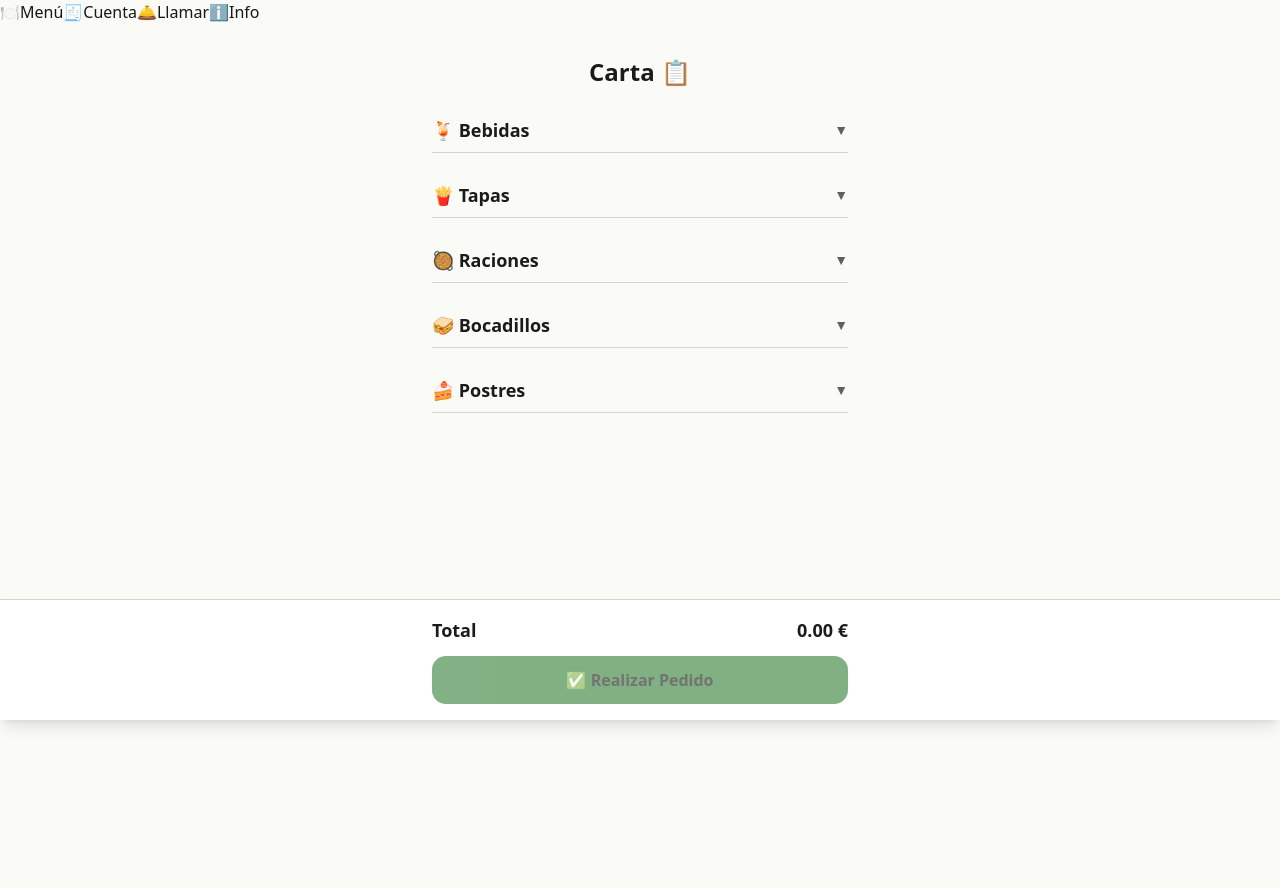
Repository: jrcardenas/sirvaapp
Page: /mesa/1/menu
These files come from the project's save history. The page is drawn as it stood at one moment and after the next save; the edit follows.
The browser window is 1280 px wide. The pictures show the whole page.
The project was rebuilt for these pictures with package versions that can differ from the ones it lists, and the page was loaded fresh each time. The framework's server and built-in components were replaced by stand-ins that run in the browser. Also part of the build but not shown: next.config.ts.

Above is the page before, as saved 2025-11-02 20:13:29.

### app/layout.tsx
import type { Metadata } from "next";
import "./globals.css";
import "./styles/theme.css";
import Header from "@/components/layout/Header";

export const metadata: Metadata = {
  title: "SirvaApp",
  description: "Pide desde tu mesa. Sirve más rápido.",
};

export default function RootLayout({ children }: { children: React.ReactNode }) {
  return (
    <html lang="es">
      <body className="bg-[var(--color-background)] text-[var(--color-text-dark)]">
        {/* ✅ Navegación principal arriba */}
        <Header />

        {/* ✅ Espacio suficiente para footer del pedido */}
        <main className="pt-4 pb-32 max-w-md mx-auto">
          {children}
        </main>
      </body>
    </html>
  );
}

### app/mesa/[id]/menu/page.tsx
"use client";

import { useState } from "react";
import Button from "@/components/ui/Button";
import { useCartStore } from "@/store/cartStore";
import { useOrderStore } from "@/store/orderStore";
import { useParams } from "next/navigation";

export default function MenuPage() {
  const { addItem, changeQty, items, removeItem, clearCart } = useCartStore();
  const { addToMesa } = useOrderStore();
  const { id: mesaId } = useParams() as { id: string };

  const [openCategories, setOpenCategories] = useState<string[]>([]);
  const [showConfirm, setShowConfirm] = useState(false);
  const [showToast, setShowToast] = useState(false);

  const iconosCat: Record<string, string> = {
    Bebidas: "🍹",
    Tapas: "🍟",
    Raciones: "🥘",
    Bocadillos: "🥪",
    Postres: "🍰",
  };

  const productos = [
    { id: "1", categoria: "Bebidas", nombre: "Cerveza", precio: 2.0 },
    { id: "2", categoria: "Bebidas", nombre: "Coca-Cola", precio: 2.2 },
    { id: "3", categoria: "Bebidas", nombre: "Agua", precio: 1.5 },
    { id: "4", categoria: "Bebidas", nombre: "Tinto de Verano", precio: 2.8 },
    { id: "5", categoria: "Bebidas", nombre: "Café con Leche", precio: 1.5 },
    { id: "6", categoria: "Tapas", nombre: "Patatas Bravas", precio: 4.0 },
    { id: "7", categoria: "Tapas", nombre: "Croquetas", precio: 4.5 },
    { id: "8", categoria: "Tapas", nombre: "Tortilla Española", precio: 3.5 },
    { id: "9", categoria: "Tapas", nombre: "Calamares", precio: 5.5 },
    { id: "10", categoria: "Raciones", nombre: "Jamón Ibérico", precio: 9.5 },
    { id: "11", categoria: "Raciones", nombre: "Gambas al Ajillo", precio: 10.5 },
    { id: "12", categoria: "Raciones", nombre: "Huevos Rotos", precio: 8.5 },
    { id: "19", categoria: "Raciones", nombre: "Pulpo a la Gallega", precio: 14.0 },
    { id: "20", categoria: "Raciones", nombre: "Chistorra", precio: 7.0 },
    { id: "21", categoria: "Raciones", nombre: "Ensaladilla Rusa", precio: 6.5 },
    { id: "13", categoria: "Bocadillos", nombre: "Bocadillo de Lomo", precio: 4.5 },
    { id: "14", categoria: "Bocadillos", nombre: "Bocadillo Vegetal", precio: 4.2 },
    { id: "15", categoria: "Bocadillos", nombre: "Perrito Caliente", precio: 4.0 },
    { id: "16", categoria: "Postres", nombre: "Tarta de Queso", precio: 4.8 },
    { id: "17", categoria: "Postres", nombre: "Helado 2 bolas", precio: 3.2 },
    { id: "18", categoria: "Postres", nombre: "Flan Casero", precio: 3.5 },
  ];

  const categorias = [...new Set(productos.map((p) => p.categoria))];

  const toggleCategory = (cat: string) => {
    setOpenCategories((prev) =>
      prev.includes(cat) ? prev.filter((c) => c !== cat) : [...prev, cat]
    );
  };

  const getQty = (id: string) =>
    items.reduce((acc, p) => (p.id === id ? acc + p.qty : acc), 0);

  const total = items.reduce((acc, p) => acc + p.price * p.qty, 0);

  const handleConfirmOrder = () => {
    if (!mesaId || items.length === 0) return;

    addToMesa(mesaId, items);
    clearCart();
    setShowConfirm(false);
    setShowToast(true);
    setTimeout(() => setShowToast(false), 2500);
  };

  return (
    <>
      <main className="min-h-screen bg-[var(--color-background)] p-4 pb-32 max-w-md mx-auto">
        <h1 className="text-2xl font-bold text-center mb-5 text-[var(--color-text-dark)]">
          Carta 📋
        </h1>

        {categorias.map((cat) => (
          <div key={cat} className="mb-5">
            <button
              className="w-full flex justify-between items-center text-lg font-semibold py-2 text-[var(--color-text-dark)]"
              onClick={() => toggleCategory(cat)}
            >
              <span className="flex items-center gap-2">
                {iconosCat[cat]} {cat}
              </span>
              <span className="text-[var(--color-text-muted)] text-sm">
                {openCategories.includes(cat) ? "▲" : "▼"}
              </span>
            </button>

            <div className="border-t border-[var(--color-border)] mb-2"></div>

            {openCategories.includes(cat) &&
              productos
                .filter((p) => p.categoria === cat)
                .map((item) => {
                  const qty = getQty(item.id);
                  return (
                    <div
                      key={item.id}
                      className="flex justify-between"
                    >
                      <div>
                        <p className="font-medium text-[var(--color-text-dark)]">{item.nombre}</p>
                        <p className="text-[var(--color-text-muted)] text-sm">{item.precio.toFixed(2)} €</p>
                      </div>

                      <div className="flex items-center gap-2">
                        <button
                          disabled={qty === 0}
                          onClick={() =>
                            qty <= 1 ? removeItem(item.id) : changeQty(item.id, qty - 1)
                          }
                          className={`w-7 h-7 rounded-full border text-sm font-bold ${
                            qty === 0
                              ? "border-[var(--color-border)] text-[var(--color-text-disabled)]"
                              : "border-[var(--color-minus-icon)] text-[var(--color-minus-icon)]"
                          }`}
                        >-</button>

                        <span className={`w-6 text-center font-semibold ${
                          qty === 0 ? "text-[var(--color-text-disabled)]" : "text-[var(--color-text-dark)]"
                        }`}>
                          {qty}
                        </span>

                        <button
                          className="w-7 h-7 rounded-full bg-[var(--color-plus-button)] text-white text-sm font-bold"
                          onClick={() =>
                            addItem({
                              id: item.id,
                              name: item.nombre,
                              price: item.precio,
                              qty: 1,
                            })
                          }
                        >+</button>
                      </div>
                    </div>
                  );
                })}
          </div>
        ))}

        {/* Footer */}
        <div className="fixed bottom-0 left-0 w-full bg-[var(--color-surface)] border-t border-[var(--color-border)] shadow-lg">
          <div className="max-w-md mx-auto p-4">
            <div className="flex justify-between mb-3 font-bold text-lg text-[var(--color-text-dark)]">
              <span>Total</span>
              <span>{total.toFixed(2)} €</span>
            </div>

            <Button
              fullWidth
              disabled={total === 0}
              className={`${total === 0 ? "opacity-50 cursor-not-allowed" : ""}`}
              onClick={() => setShowConfirm(true)}
            >
              ✅ Realizar Pedido
            </Button>
          </div>
        </div>
      </main>

      {/* ✅ Modal de Confirmación */}
      {showConfirm && (
        <div className="fixed inset-0 bg-black bg-opacity-40 flex items-center justify-center z-50">
          <div className="bg-white rounded-2xl p-6 w-80 shadow-xl">
            <h3 className="text-lg font-bold text-center mb-3 text-[var(--color-text-dark)]">
              Confirmar Pedido
            </h3>

            <div className="space-y-2 mb-4 text-[var(--color-text-dark)]">
              {items.map((i, idx) => (
                <div key={idx} className="flex justify-between text-sm">
                  <span>
                    {i.qty} x {i.name}
                  </span>
                  <span>{(i.price * i.qty).toFixed(2)} €</span>
                </div>
              ))}
            </div>

            <p className="text-center font-bold mb-4">
              Total: {total.toFixed(2)} €
            </p>

            <div className="flex gap-2">
              <button
                className="w-1/2 py-2 rounded-lg bg-gray-300 font-semibold"
                onClick={() => setShowConfirm(false)}
              >
                ❌ Cancelar
              </button>
              <button
                className="w-1/2 py-2 rounded-lg bg-[var(--color-primary)] text-white font-semibold"
                onClick={handleConfirmOrder}
              >
                ✅ Confirmar
              </button>
            </div>
          </div>
        </div>
      )}

      {/* ✅ Toast */}
      {showToast && (
        <div className="fixed bottom-24 left-1/2 -translate-x-1/2 bg-[var(--color-primary)] text-white px-4 py-2 rounded-full shadow-lg animate-fade-in">
          🍽️ Pedido enviado
        </div>
      )}
    </>
  );
}

### app/globals.css
@import "tailwindcss";

/* Colores base del navegador */
:root {
  --background: #ffffff;
  --foreground: #171717;
}

/* ✅ Variables sincronizadas con el tema */
@theme inline {
  --color-background: var(--background);
  --color-foreground: var(--foreground);
  --font-sans: var(--font-geist-sans);
  --font-mono: var(--font-geist-mono);
}

@media (prefers-color-scheme: dark) {
  :root {
    --background: #0a0a0a;
    --foreground: #ededed;
  }
}

/* ✅ Mantener reset y tipografía */
body {
  background: var(--color-background);
  color: var(--color-foreground);
}

/* ✅ Animaciones para el popup */

@keyframes fadeIn {
  from { opacity: 0; }
  to { opacity: 1; }
}

@keyframes slideUp {
  from {
    opacity: 0;
    transform: translateY(20px);
  }
  to {
    opacity: 1;
    transform: translateY(0);
  }
}

.animate-modal {
  animation:
    fadeIn 0.25s ease-out forwards,
    slideUp 0.25s ease-out forwards;
}

.animate-fade-in {
  animation: fadeIn 0.25s ease-out;
}

### app/styles/theme.css
:root {
  /* Brand & Accent */
  --color-primary: #2E7D32; /* Verde principal: moderno, fresco */
  --color-primary-light: #4CAF50; /* Verde más vivo */
  --color-accent: #81C784; /* Verde suave para hover */

  /* Backgrounds */
  --color-background: #FAFAF7; /* Crema suave */
  --color-surface: #FFFFFF; /* Tarjetas y secciones */
  --color-surface-alt: #F3F3EF;

  /* Borders */
  --color-border: #D4D4D4;

  /* Text */
  --color-text-dark: #1B1B1B;
  --color-text-muted: #606060;
  --color-text-disabled: #AFAFAF;

  /* Buttons */
  --color-plus-button: var(--color-primary);
  --color-minus-button: #E0E0E0;
  --color-minus-icon: #555;

  /* States */
  --color-disabled-bg: #E6E6E6;
  --color-disabled-text: #A8A8A8;

  /* Tokens */
  --radius: 14px;
  --button-height: 48px;
}

### app/components/layout/Header.tsx
"use client";

import Link from "next/link";
import { usePathname, useParams } from "next/navigation";

export default function Header() {
  const pathname = usePathname();
  const params = useParams();
  const mesaId = params?.id;

  const navItems = [
    { href: mesaId ? `/mesa/${mesaId}/menu` : "/", label: "Menú", icon: "🍽️" },
    { href: mesaId ? `/mesa/${mesaId}/cuenta` : "/", label: "Cuenta", icon: "🧾" },
    { href: mesaId ? `/mesa/${mesaId}/llamar` : "/", label: "Llamar", icon: "🛎️" },
    { href: mesaId ? `/mesa/${mesaId}/info` : "/", label: "Info", icon: "ℹ️" },
  ];

  return (
    <header className="nav-menu">
      <nav className="nav-menu-inner">
        {navItems.map((item) => {
          const active = pathname === item.href;
          return (
            <Link key={item.href} href={item.href} className={`nav-item ${active ? "active" : ""}`}>
              <span className="nav-icon">{item.icon}</span>
              <span className="nav-label">{item.label}</span>
            </Link>
          );
        })}
      </nav>
    </header>
  );
}

### app/components/ui/Button.tsx
"use client";

import React from "react";
import Link from "next/link";

type Variant = "primary" | "secondary" | "outline" | "ghost";
type Size = "sm" | "md" | "lg";

type ButtonProps = {
  variant?: Variant;
  size?: Size;
  loading?: boolean;
  fullWidth?: boolean;
  as?: "button" | "link";
  href?: string;
  className?: string;
  children: React.ReactNode;
} & React.ButtonHTMLAttributes<HTMLButtonElement>;

function classes({ variant, size, fullWidth }: { variant: Variant; size: Size; fullWidth?: boolean }) {
  const base =
    "inline-flex items-center justify-center font-semibold transition focus:outline-none focus-visible:ring-2 focus-visible:ring-offset-2";
  const radius = "rounded-[var(--radius)]";
  const width = fullWidth ? "w-full" : "";
  const sizes: Record<Size, string> = {
    sm: "text-sm h-10 px-4",
    md: "text-base h-[var(--button-height)] px-5", // 48px por theme
    lg: "text-base h-14 px-6",
  };
  const variants: Record<Variant, string> = {
    primary:
      "bg-[var(--color-primary)] text-[var(--color-text-light)] hover:opacity-90 focus-visible:ring-[var(--color-primary)]",
    secondary:
      "bg-[var(--color-secondary)] text-[var(--color-text-light)] hover:opacity-90 focus-visible:ring-[var(--color-secondary)]",
    outline:
      "bg-transparent text-[var(--color-text-dark)] border border-[color:var(--color-secondary)]/20 hover:bg-[var(--color-surface)] focus-visible:ring-[var(--color-primary)]",
    ghost:
      "bg-transparent text-[var(--color-text-dark)] hover:bg-[var(--color-surface)] focus-visible:ring-[var(--color-primary)]",
  };

  return [base, radius, width, sizes[size], variants[variant]].join(" ");
}

export default function Button({
  variant = "primary",
  size = "md",
  loading = false,
  fullWidth,
  as = "button",
  href,
  className = "",
  children,
  disabled,
  ...rest
}: ButtonProps) {
  const cls =
    classes({ variant, size, fullWidth }) +
    " " +
    (disabled || loading ? "opacity-60 pointer-events-none" : "") +
    " " +
    className;

  const content = (
    <>
      {loading && (
        <svg
          className="mr-2 animate-spin"
          width="16"
          height="16"
          viewBox="0 0 24 24"
          aria-hidden="true"
        >
          <circle cx="12" cy="12" r="10" stroke="currentColor" strokeWidth="4" fill="none" opacity="0.25" />
          <path d="M22 12a10 10 0 0 1-10 10" fill="none" stroke="currentColor" strokeWidth="4" />
        </svg>
      )}
      {children}
    </>
  );

  if (as === "link" && href) {
    return (
      <Link
        href={href}
        className={cls}
        role="button"
        aria-busy={loading || undefined}
        aria-disabled={disabled || loading || undefined}
      >
        {content}
      </Link>
    );
  }

  return (
    <button
      className={cls}
      disabled={disabled || loading}
      aria-busy={loading || undefined}
      {...rest}
    >
      {content}
    </button>
  );
}

### app/store/cartStore.ts
import { create } from "zustand";

export interface CartItem {
  id: string;
  name: string;
  price: number;
  qty: number;
  note?: string;
}

interface CartState {
  items: CartItem[];
  addItem: (item: CartItem) => void;
  changeQty: (id: string, qty: number) => void;
  removeItem: (id: string, note?: string) => void;
  clearCart: () => void;
  totalItems: number;
  totalAmount: number;
}

export const useCartStore = create<CartState>((set, get) => ({
  items: [],

  addItem: (item) => {
    const exists = get().items.find(
      (i) => i.id === item.id && i.note === item.note
    );

    if (exists) {
      set({
        items: get().items.map((i) =>
          i.id === item.id && i.note === item.note
            ? { ...i, qty: i.qty + item.qty }
            : i
        ),
      });
    } else {
      set({ items: [...get().items, item] });
    }
  },

  changeQty: (id, qty) => {
    if (qty < 1) return; // ✅ regla elegida (A)
    set({
      items: get().items.map((i) =>
        i.id === id ? { ...i, qty } : i
      ),
    });
  },

  removeItem: (id, note) =>
    set({
      items: get().items.filter(
        (i) => !(i.id === id && i.note === note)
      ),
    }),

  clearCart: () => set({ items: [] }),

  get totalItems() {
    return get().items.reduce((acc, i) => acc + i.qty, 0);
  },

  get totalAmount() {
    return get().items.reduce((acc, i) => acc + i.qty * i.price, 0);
  },
}));

### app/store/orderStore.ts
import { create } from "zustand";
import { persist } from "zustand/middleware";

type OrderItem = {
  id: string;
  name: string;
  price: number;
  qty: number;
};

type MesaOrders = {
  [mesaId: string]: OrderItem[];
};

type OrderStore = {
  mesas: MesaOrders;
  addToMesa: (mesaId: string, items: OrderItem[]) => void;
  clearMesa: (mesaId: string) => void;
};

export const useOrderStore = create<OrderStore>()(
  persist(
    (set) => ({
      mesas: {},

      addToMesa: (mesaId, items) =>
        set((state) => ({
          mesas: {
            ...state.mesas,
            [mesaId]: [...(state.mesas[mesaId] || []), ...items],
          },
        })),

      clearMesa: (mesaId) =>
        set((state) => ({
          mesas: { ...state.mesas, [mesaId]: [] },
        })),
    }),
    { name: "order-storage" }
  )
);

After the next save:
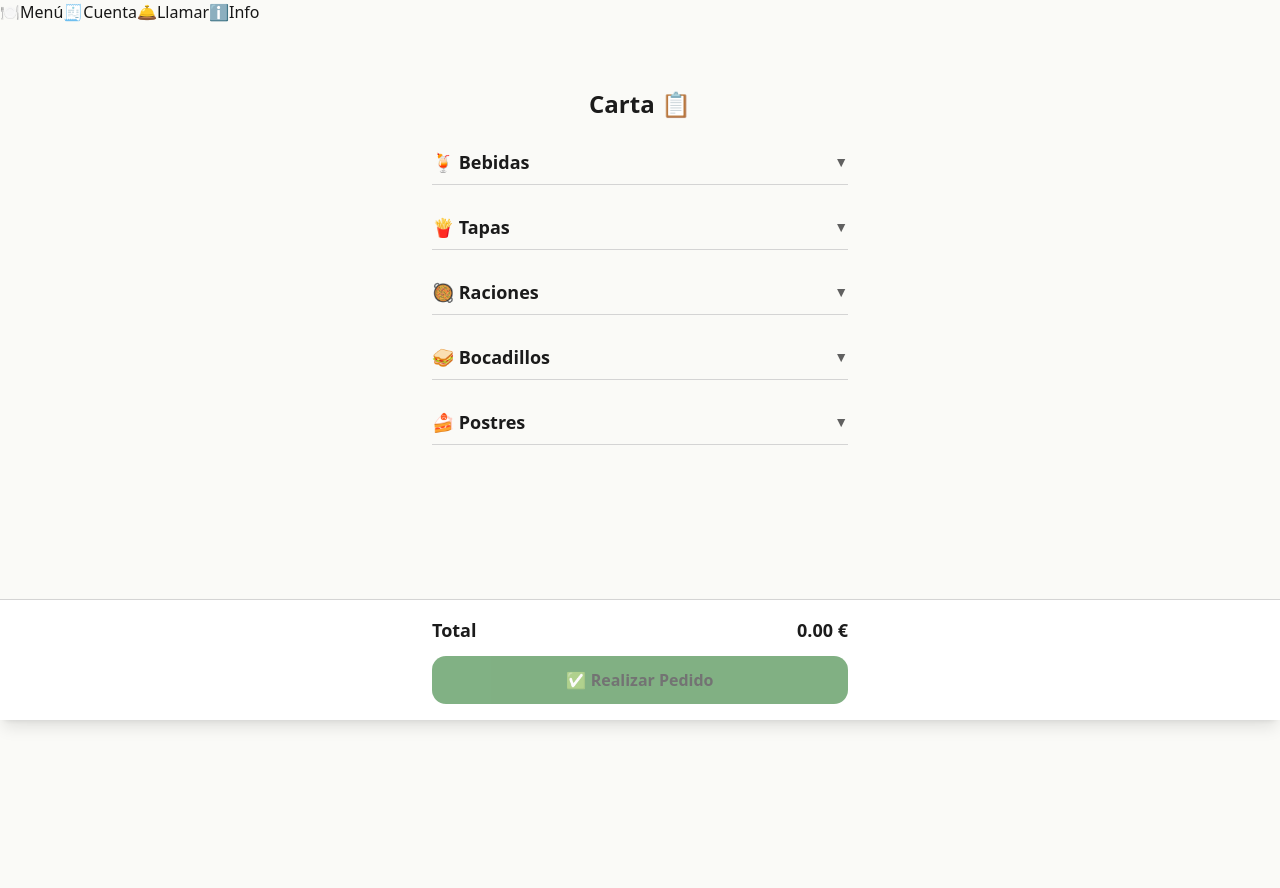
Saved 49 s later.
--- a/app/mesa/[id]/menu/page.tsx
+++ b/app/mesa/[id]/menu/page.tsx
@@ -72,7 +72,7 @@ export default function MenuPage() {
 
   return (
     <>
-      <main className="min-h-screen bg-[var(--color-background)] p-4 pb-32 max-w-md mx-auto">
+      <main className="min-h-screen bg-[var(--color-background)] p-4 pb-32 max-w-md mx-auto pt-12">
         <h1 className="text-2xl font-bold text-center mb-5 text-[var(--color-text-dark)]">
           Carta 📋
         </h1>
@@ -99,10 +99,7 @@ export default function MenuPage() {
                 .map((item) => {
                   const qty = getQty(item.id);
                   return (
-                    <div
-                      key={item.id}
-                      className="flex justify-between"
-                    >
+                    <div key={item.id} className="flex justify-between">
                       <div>
                         <p className="font-medium text-[var(--color-text-dark)]">{item.nombre}</p>
                         <p className="text-[var(--color-text-muted)] text-sm">{item.precio.toFixed(2)} €</p>
@@ -165,10 +162,10 @@ export default function MenuPage() {
         </div>
       </main>
 
-      {/* ✅ Modal de Confirmación */}
+      {/* ✅ Popup Confirmación */}
       {showConfirm && (
-        <div className="fixed inset-0 bg-black bg-opacity-40 flex items-center justify-center z-50">
-          <div className="bg-white rounded-2xl p-6 w-80 shadow-xl">
+        <div className="fixed inset-0 bg-black/50 backdrop-blur-sm flex items-center justify-center z-50 animate-fade-in">
+          <div className="bg-white rounded-2xl p-6 w-80 shadow-xl animate-modal">
             <h3 className="text-lg font-bold text-center mb-3 text-[var(--color-text-dark)]">
               Confirmar Pedido
             </h3>
@@ -176,9 +173,7 @@ export default function MenuPage() {
             <div className="space-y-2 mb-4 text-[var(--color-text-dark)]">
               {items.map((i, idx) => (
                 <div key={idx} className="flex justify-between text-sm">
-                  <span>
-                    {i.qty} x {i.name}
-                  </span>
+                  <span>{i.qty} x {i.name}</span>
                   <span>{(i.price * i.qty).toFixed(2)} €</span>
                 </div>
               ))}
@@ -206,10 +201,10 @@ export default function MenuPage() {
         </div>
       )}
 
-      {/* ✅ Toast */}
+      {/* ✅ Toast animado */}
       {showToast && (
-        <div className="fixed bottom-24 left-1/2 -translate-x-1/2 bg-[var(--color-primary)] text-white px-4 py-2 rounded-full shadow-lg animate-fade-in">
-          🍽️ Pedido enviado
+        <div className="fixed bottom-32 left-1/2 -translate-x-1/2 bg-[var(--color-primary)] text-white px-4 py-2 rounded-full shadow-xl animate-toast">
+          🍽️ Pedido enviado con éxito
         </div>
       )}
     </>
